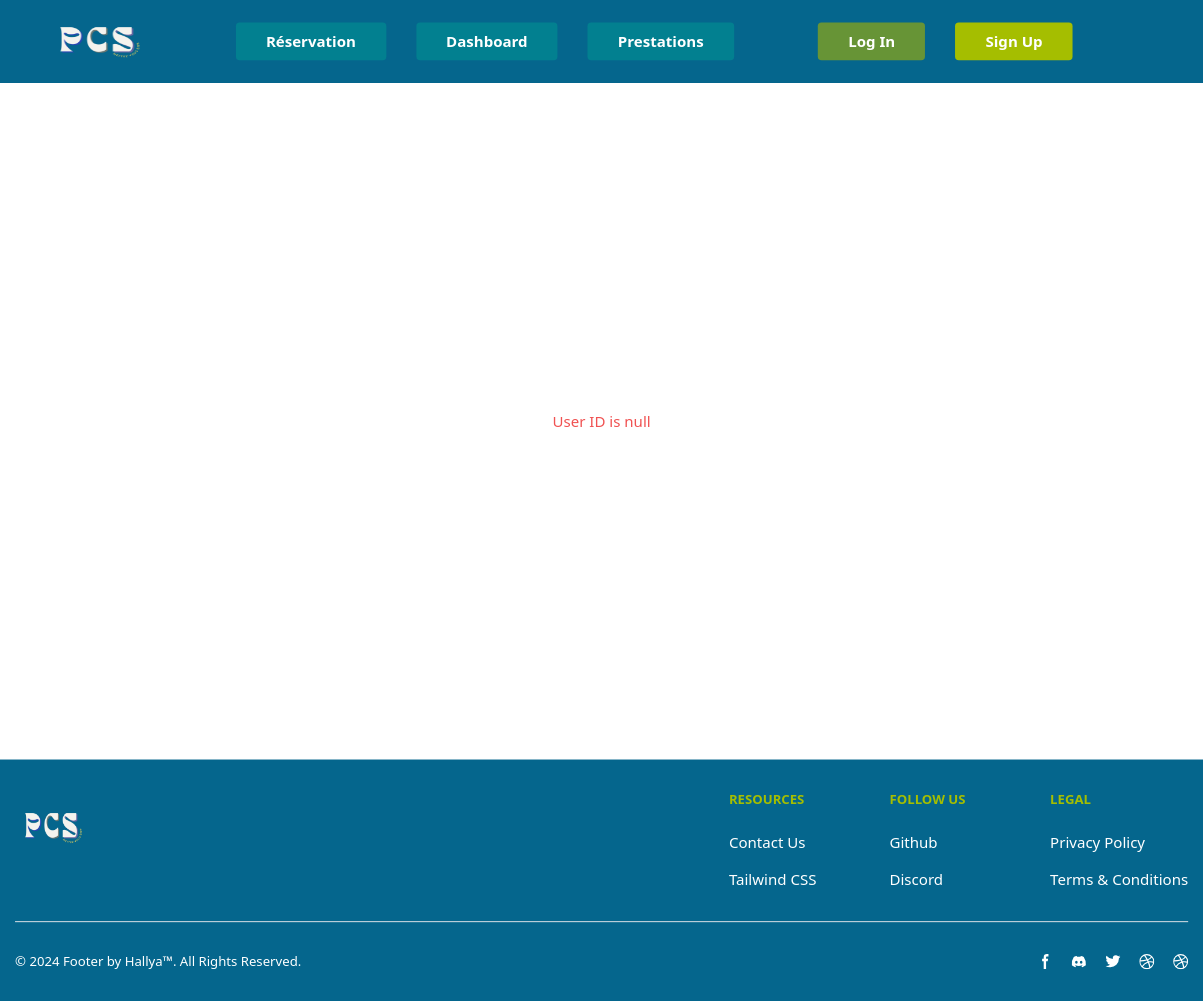
Repository: HATTOUNGBRE/ProjetAnnuel2
Page: /account (app in FRONT/)
An editor plug-in stored every save of this project. The page is shown before and after the next save, followed by the edit.
The browser window is 1280 px wide. The pictures show the whole page, at 94% of full size.
The project was rebuilt for these pictures with package versions that can differ from the ones it lists, and the page was loaded fresh each time. Also part of the build but not shown: FRONT/vite.config.js, FRONT/src/components/Main.jsx, FRONT/src/components/Contact.jsx, FRONT/src/components/CatUser.jsx, FRONT/src/components/Login.jsx, FRONT/src/components/prestataire/PrestataireType.jsx, FRONT/src/components/Inscription.jsx, FRONT/src/components/dashboard/VoyageurDashboard.jsx and 11 more.

Above is the page before, as saved 2024-06-21 19:06:33.

After the next save:
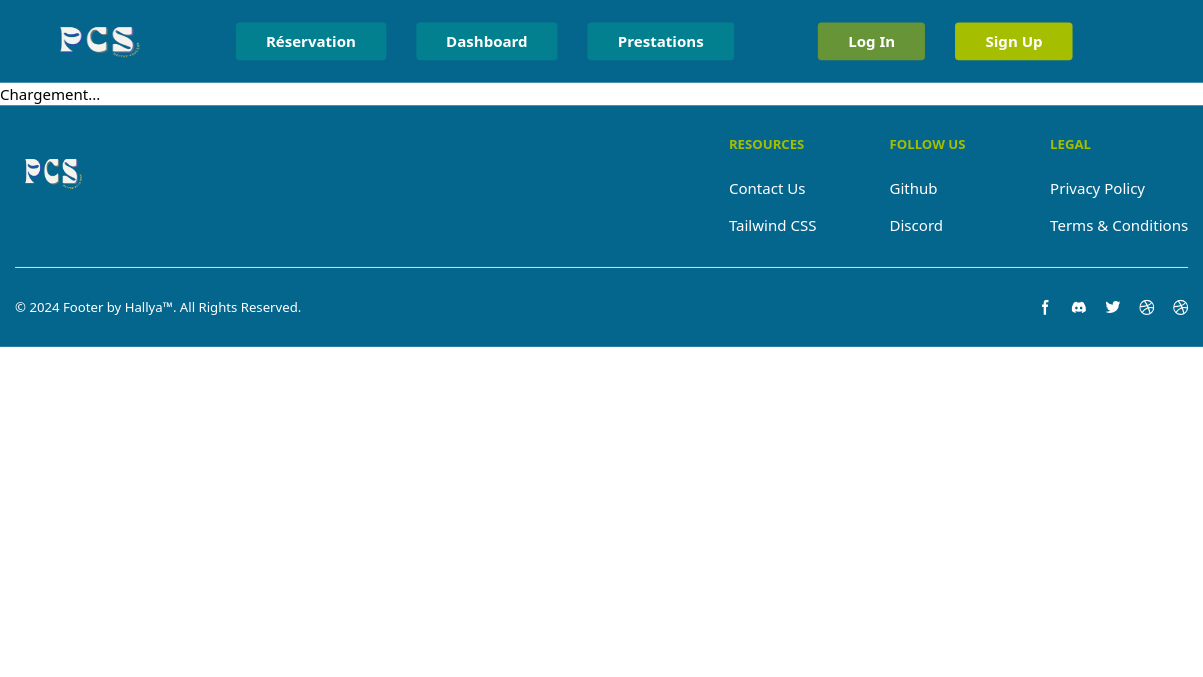
Saved 2 min 31 s later.
--- a/FRONT/src/components/Account.jsx
+++ b/FRONT/src/components/Account.jsx
@@ -1,11 +1,30 @@
 import React, { useState, useEffect } from 'react';
 import CreatePrestataire from './prestataire/PrestataireType';
+
+
 
 const Account = ({ userId }) => {
   const [user, setUser] = useState(null);
   const [prestataireDetails, setPrestataireDetails] = useState(null);
   const [loading, setLoading] = useState(true);
   const [error, setError] = useState(null);
+
+  const [isModalOpen, setIsModalOpen] = useState(false);
+
+  const handleOpenModal = () => {
+    setIsModalOpen(true);
+  };
+
+  const handleCloseModal = () => {
+    setIsModalOpen(false);
+  };
+
+  const handleSave = () => {
+    // Rafraîchir la liste des prestataires ou effectuer toute autre action nécessaire
+  };
+  if (loading) {
+    return <div>Chargement...</div>;
+  }
 
   useEffect(() => {
     if (userId) {

After the save that followed:
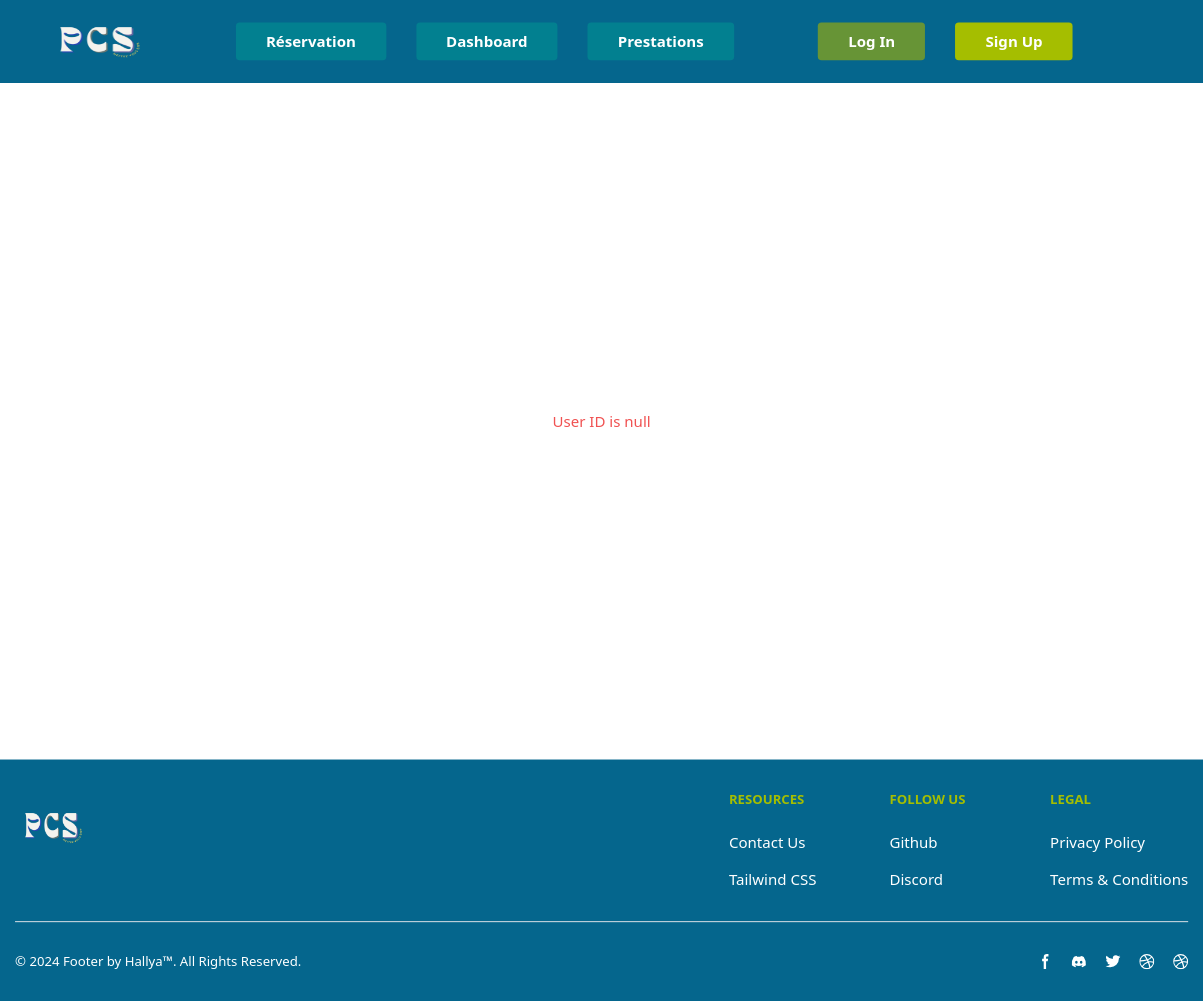
Saved 13 s later.
--- a/FRONT/src/components/Account.jsx
+++ b/FRONT/src/components/Account.jsx
@@ -22,9 +22,7 @@
   const handleSave = () => {
     // Rafraîchir la liste des prestataires ou effectuer toute autre action nécessaire
   };
-  if (loading) {
-    return <div>Chargement...</div>;
-  }
+
 
   useEffect(() => {
     if (userId) {
